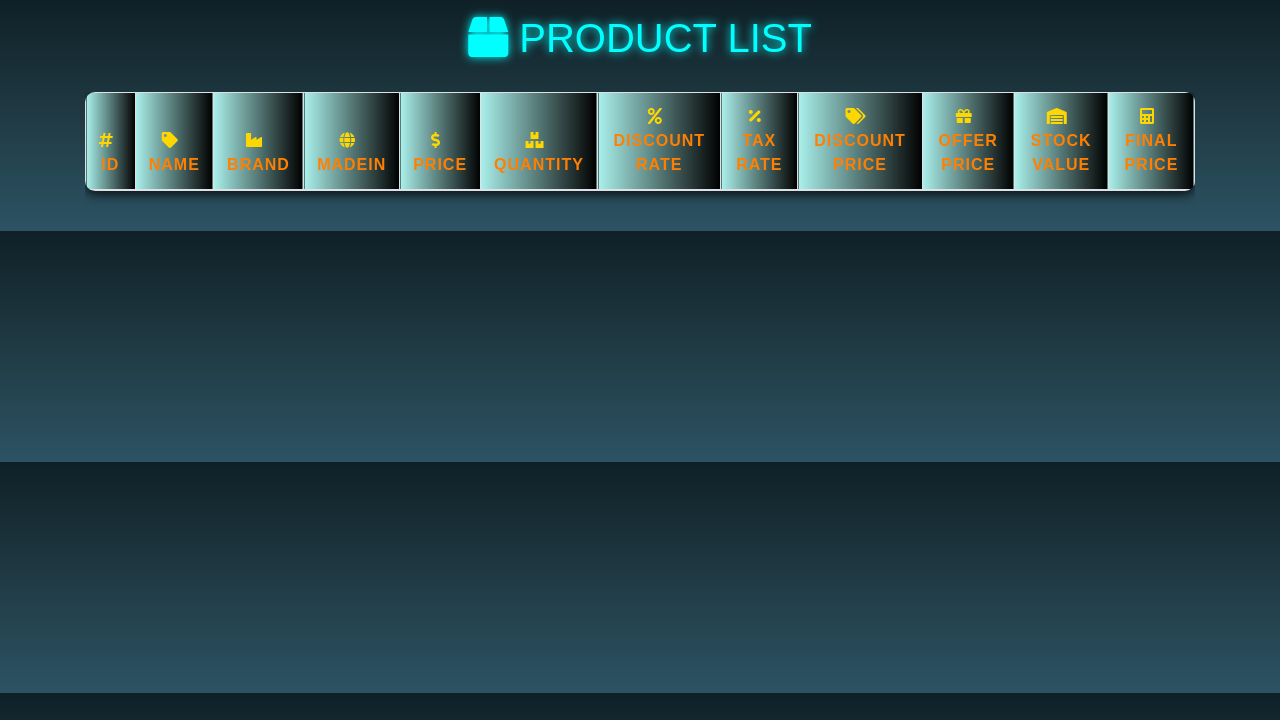
Repository: Ravi-kishor-09/Ravi-projects
Page: http://localhost/product-list
The author's editor kept a copy of each file at every save. The page is drawn from the files as they stood at one save, then again after the next save.
The browser window is 1280 px wide. The pictures show the whole page.
The page is this project's Thymeleaf template; nobody is signed in. The template is opened directly, without the code that normally fills it, so the values that code supplies are empty.

Above is the page before, as saved 2024-12-20 19:26:29.

### spring1/src/main/resources/templates/product-list.html
<!DOCTYPE html>
<html lang="en">
<head>
    <meta charset="UTF-8">
    <meta name="viewport" content="width=device-width, initial-scale=1.0">
    <title>Product List</title>
    <!-- Bootstrap CSS -->
    <link href="https://maxcdn.bootstrapcdn.com/bootstrap/4.5.2/css/bootstrap.min.css" rel="stylesheet">
    <!-- Font Awesome for Icons -->
    <link href="https://cdnjs.cloudflare.com/ajax/libs/font-awesome/5.15.4/css/all.min.css" rel="stylesheet">
    <style>
        /* General Styles */
        body {
            background: linear-gradient(to bottom, #0f2027, #203a43, #2c5364);
            color: white;
            font-family: 'Arial', sans-serif;
        }
        h1 {
            color: aqua;
            margin-bottom: 20px;
            text-shadow: 0 0 10px aqua;
            animation: text-jump 2s infinite;
        }
        @keyframes text-jump {
            0%, 100% { transform: translateY(0); }
            50% { transform: translateY(-10px); }
        }

        /* Table Styles */
        table {
            background-color: rgba(0, 0, 0, 0.8);
            border-radius: 10px;
            overflow: hidden;
            box-shadow: 0 4px 10px rgba(0, 0, 0, 0.7);
        }
        thead th {
            background: linear-gradient(90deg, rgb(170, 240, 235), rgb(0, 0, 0));
            color: rgb(255, 128, 0);
            font-weight: bold;
            text-transform: uppercase;
            letter-spacing: 1px;
        }
        tbody td {
            color: #d4f3ef;
        }
        tbody tr {
            transition: background-color 0.3s, transform 0.3s;
        }
        tbody tr:hover {
            background: #333;
            transform: scale(1.02);
            cursor: pointer;
        }

        /* Column Icons */
        .icon {
            color: gold;
            margin-right: 8px;
        }

        /* Button and Interaction Styles */
        .btn {
            border: none;
            color: white;
            background: linear-gradient(90deg, #56ab2f, #a8e063);
            padding: 8px 15px;
            border-radius: 20px;
            transition: all 0.3s ease-in-out;
        }
        .btn:hover {
            background: linear-gradient(90deg, #a8e063, #56ab2f);
            box-shadow: 0 0 10px #a8e063;
        }

        /* Row Glow Effect */
        tbody tr:hover td {
            text-shadow: 0 0 8px #39ff14;
        }

        /* Responsive Styles */
        @media (max-width: 768px) {
            h1 {
                font-size: 1.5rem;
            }
            table {
                font-size: 0.9rem;
            }
        }
    </style>
</head>
<body>
    <div class="container text-center py-4">
        <h1><i class="fas fa-box"></i> PRODUCT LIST</h1>
        <div class="table-responsive">
            <table class="table table-bordered table-hover">
                <thead>
                    <tr>
                        <th><i class="fas fa-hashtag icon"></i>Id</th>
                        <th><i class="fas fa-tag icon"></i>Name</th>
                        <th><i class="fas fa-industry icon"></i>Brand</th>
                        <th><i class="fas fa-globe icon"></i>MadeIn</th>
                        <th><i class="fas fa-dollar-sign icon"></i>Price</th>
                        <th><i class="fas fa-boxes icon"></i>Quantity</th>
                        <th><i class="fas fa-percent icon"></i>Discount Rate</th>
                        <th><i class="fas fa-percentage icon"></i>Tax Rate</th>
                        <th><i class="fas fa-tags icon"></i>Discount Price</th>
                        <th><i class="fas fa-gift icon"></i>Offer Price</th>
                        <th><i class="fas fa-warehouse icon"></i>Stock Value</th>
                        <th><i class="fas fa-calculator icon"></i>Final Price</th>
                    </tr>
                </thead>
                <tbody>
                    <tr th:each="product : ${products}">
                        <td th:text="${product.Id}"></td>
                        <td th:text="${product.Name}"></td>
                        <td th:text="${product.Brand}"></td>
                        <td th:text="${product.MadeIn}"></td>
                        <td th:text="${product.price}"></td>
                        <td th:text="${product.Quantity}"></td>
                        <td th:text="${product.discountRate}"></td>
                        <td th:text="${product.taxRate}"></td>
                        <td th:text="${product.discountprice}"></td>
                        <td th:text="${product.offerprice}"></td>
                        <td th:text="${product.stockvalue}"></td>
                        <td th:text="${product.finalprice}"></td>
                    </tr>

                </tbody>
            </table>
        </div>
    </div>
</body>
</html>

After the next save:
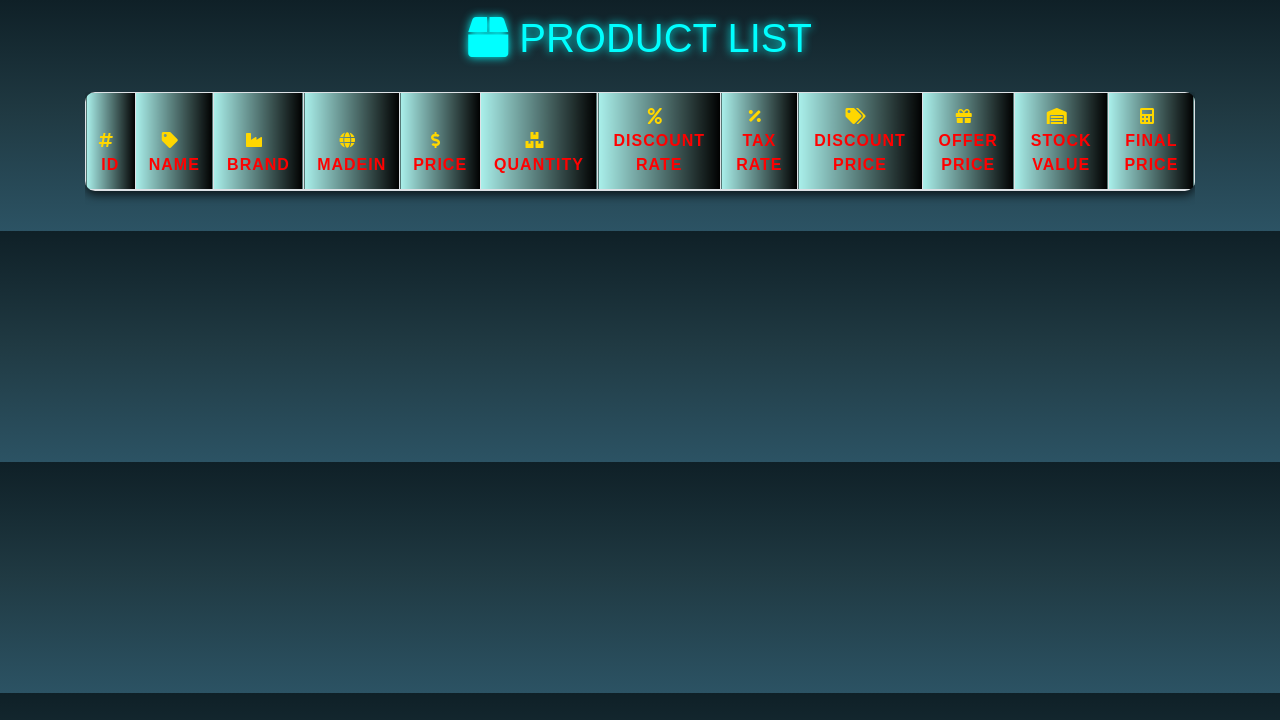
Saved 17 s later.
--- a/spring1/src/main/resources/templates/product-list.html
+++ b/spring1/src/main/resources/templates/product-list.html
@@ -35,7 +35,7 @@
         }
         thead th {
             background: linear-gradient(90deg, rgb(170, 240, 235), rgb(0, 0, 0));
-            color: rgb(255, 128, 0);
+            color: rgb(255, 0, 0);
             font-weight: bold;
             text-transform: uppercase;
             letter-spacing: 1px;
